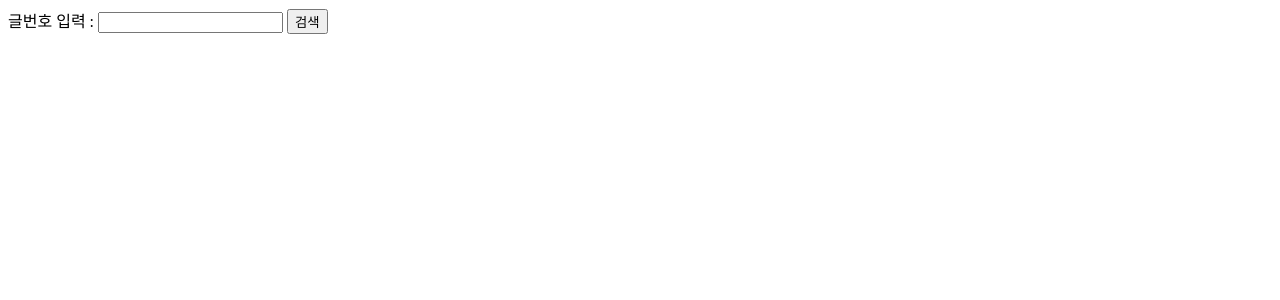
Repository: Gmajorlist/HTML
Page: guestbookServlet/src/main/webapp/guestbook/guestbookSearch.html
The author's editor kept a copy of each file at every save. The page is drawn from the files as they stood at one save, then again after the next save.
The browser window is 1280 px wide. The pictures show the whole page.

Above is the page before, as saved 2023-03-02 01:57:10.

After the next save:
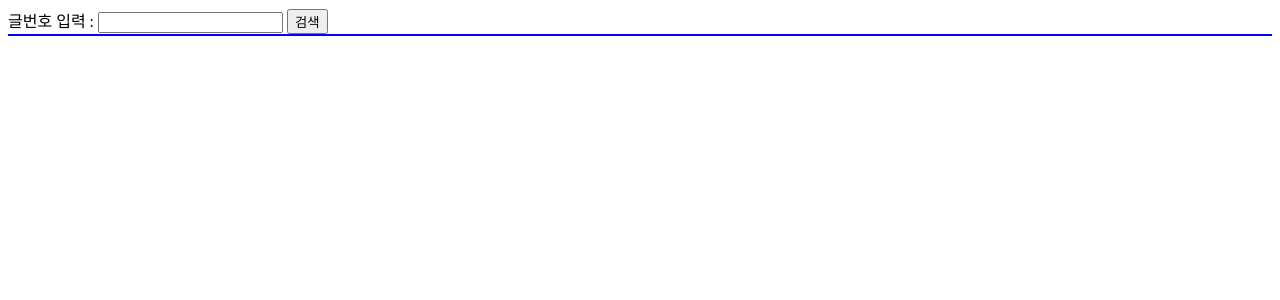
Saved 46 s later.
--- a/guestbookServlet/src/main/webapp/guestbook/guestbookSearch.html
+++ b/guestbookServlet/src/main/webapp/guestbook/guestbookSearch.html
@@ -16,7 +16,7 @@
 <div>
 글번호 입력 : <input type="text" name="seq" id="seq" >
 <input type="button" value="검색" onclick="search()">
-<div id="seqDiv"></div>
+<div id="seqDiv" style = "border:1px solid blue;"></div>
 </div>    <!--SUBMIT은 그냥 넘어가서 BUTTON으로함  -->
 </form>
 <script type="text/javascript">
